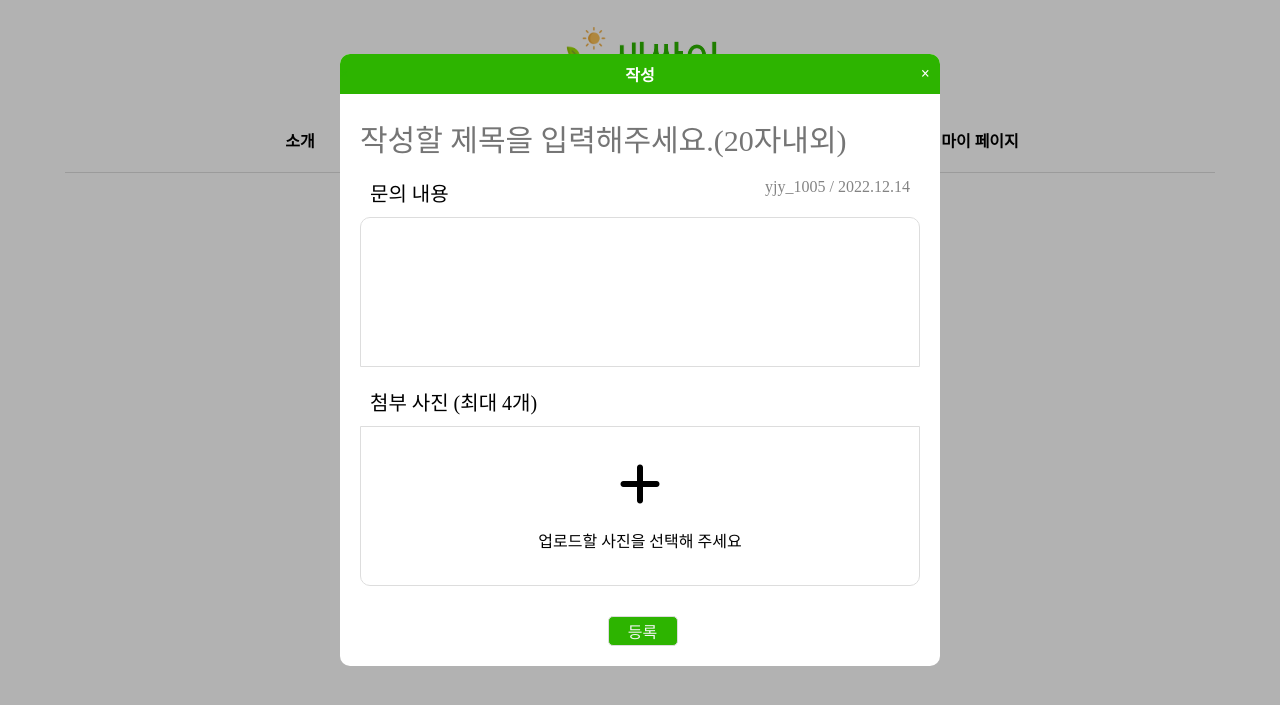
Repository: Seedye/Seedye
Page: team/src/main/webapp/html/board/board-write.html
An editor plug-in stored every save of this project. The page is shown before and after the next save, followed by the edit.
The browser window is 1280 px wide. The pictures show the whole page.
Some web fonts or font styles are not loaded; a fallback is used. Some web libraries are served in a nearby version.

Above is the page before, as saved 2022-12-19 15:14:18.

After the next save:
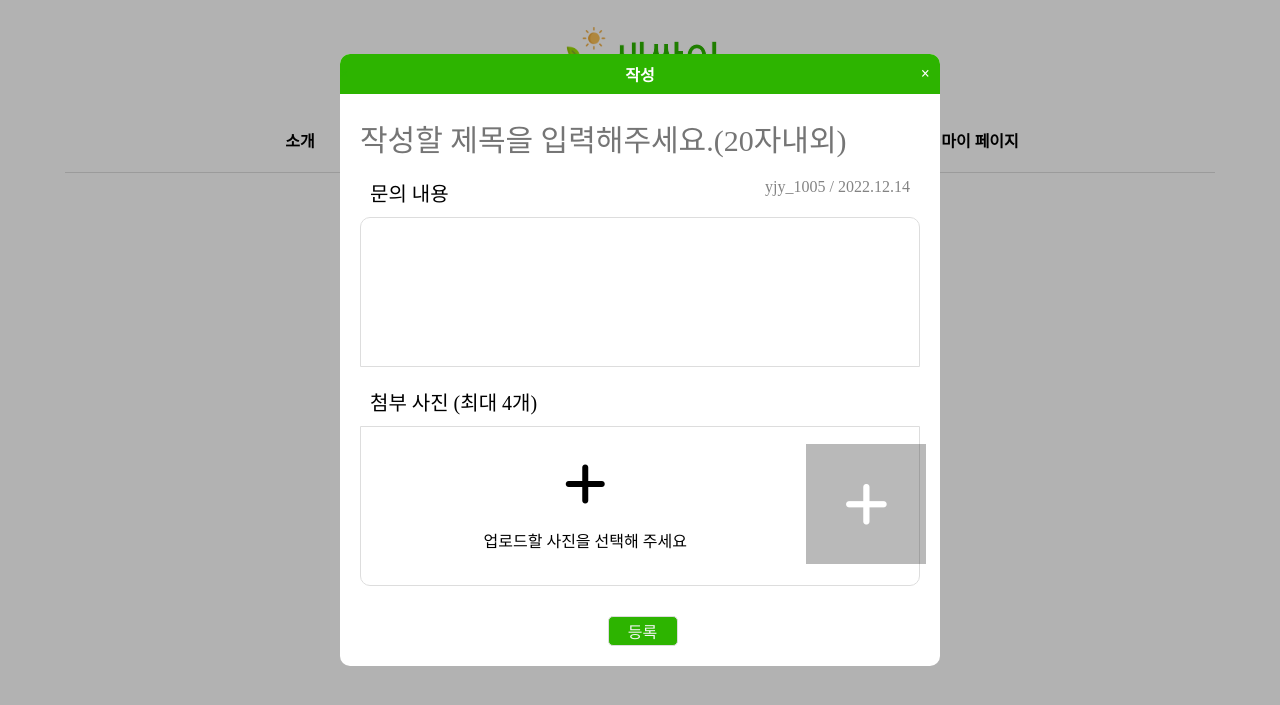
Saved 13 min 31 s later.
--- a/team/src/main/webapp/html/board/board-write.html
+++ b/team/src/main/webapp/html/board/board-write.html
@@ -101,14 +101,14 @@
                 </div>
               -->
                 <!-- 사진 추가 버튼 -->
-                <!-- <div class="board-view-content-img">
-                  <label for="addInputFile">
+                <div class="board-view-content-img">
+                  <label for="inputFile">
                     <div class="board-Write-img-delete">
                       <i class="fa-solid fa-plus fa-1x"></i>
                     </div>
                   </label>
-                  <input type="file" id="addInputFile" multiple="multiple" hidden>
-                </div>  -->
+                  <input type="file" id="inputFile" multiple="multiple" hidden>
+                </div>
 
 
 

After the 3 saves that followed:
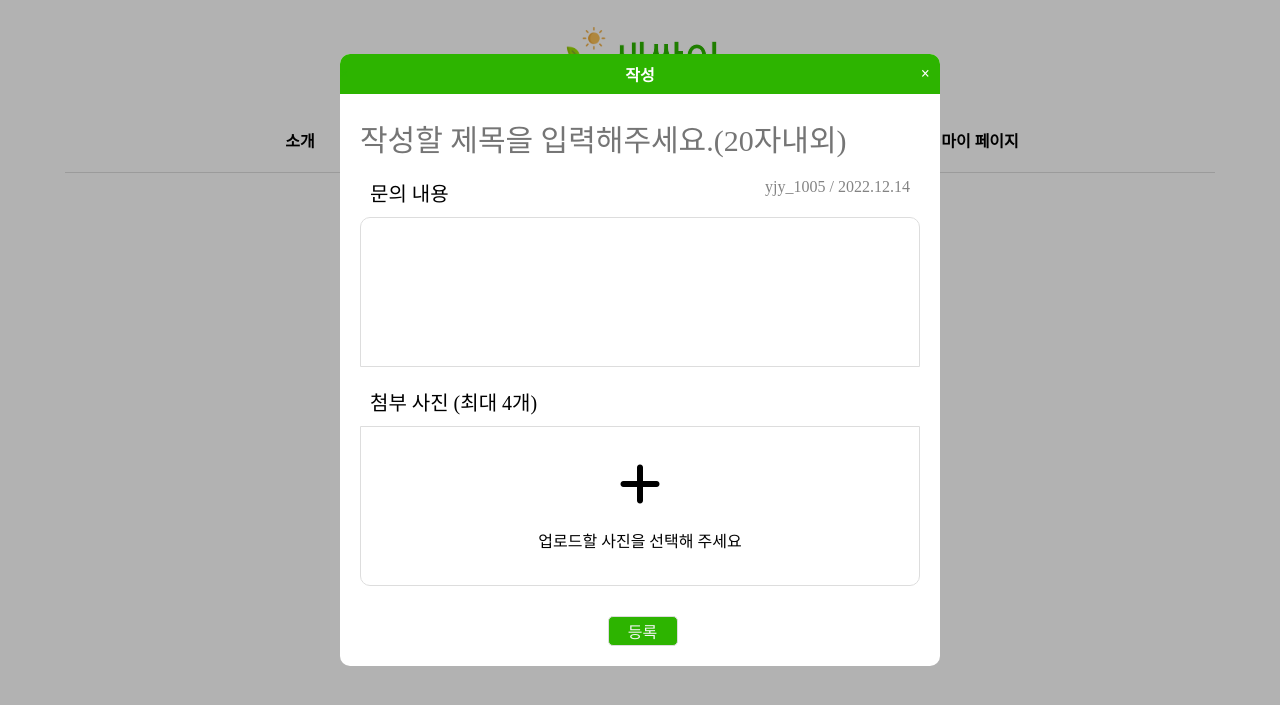
The 3 saves are shown as one change because 2 left the picture as it was.
The last was saved 86 s later.
--- a/team/src/main/webapp/html/board/board-write.html
+++ b/team/src/main/webapp/html/board/board-write.html
@@ -101,7 +101,7 @@
                 </div>
               -->
                 <!-- 사진 추가 버튼 -->
-                <div class="board-view-content-img">
+                <div class="board-view-content-img add-file-area">
                   <label for="inputFile">
                     <div class="board-Write-img-delete">
                       <i class="fa-solid fa-plus fa-1x"></i>
--- a/team/src/main/webapp/resources/css/board/board-write-style.css
+++ b/team/src/main/webapp/resources/css/board/board-write-style.css
@@ -218,3 +218,7 @@
 #sideAll {
   top: 389.4;
 }
+
+.add-file-area{
+  display: none;
+}
